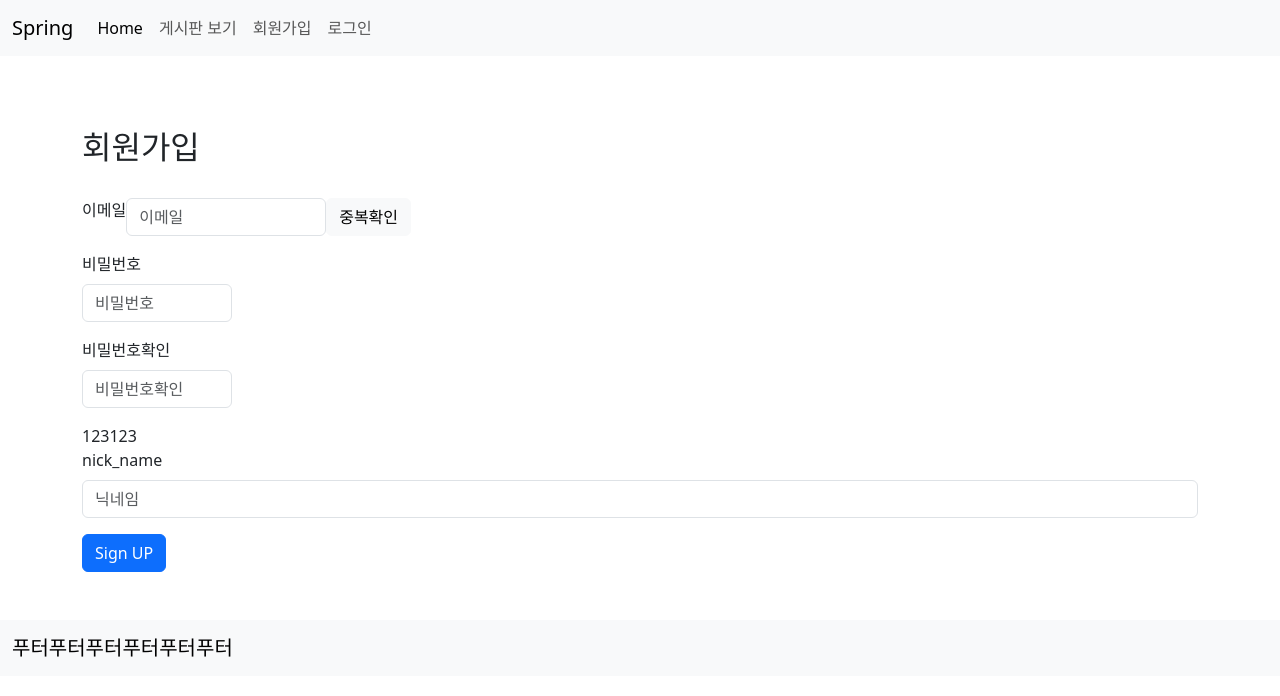
Repository: Jensuchan/spring_solo_project
Page: http://localhost/spring_test/WEB-INF/views/member/register.jsp
The author's editor kept a copy of each file at every save. The page is drawn from the files as they stood at one save, then again after the next save.
The browser window is 1280 px wide. The pictures show the whole page.
The page is served by Tomcat 9. Nobody is signed in. The template is opened directly, without the code that normally fills it, so the values that code supplies are empty.

Above is the page before, as saved 2024-01-18 03:02:39.
Console error: TypeError: Cannot read properties of null (reading 'addEventListener')

After the next save:
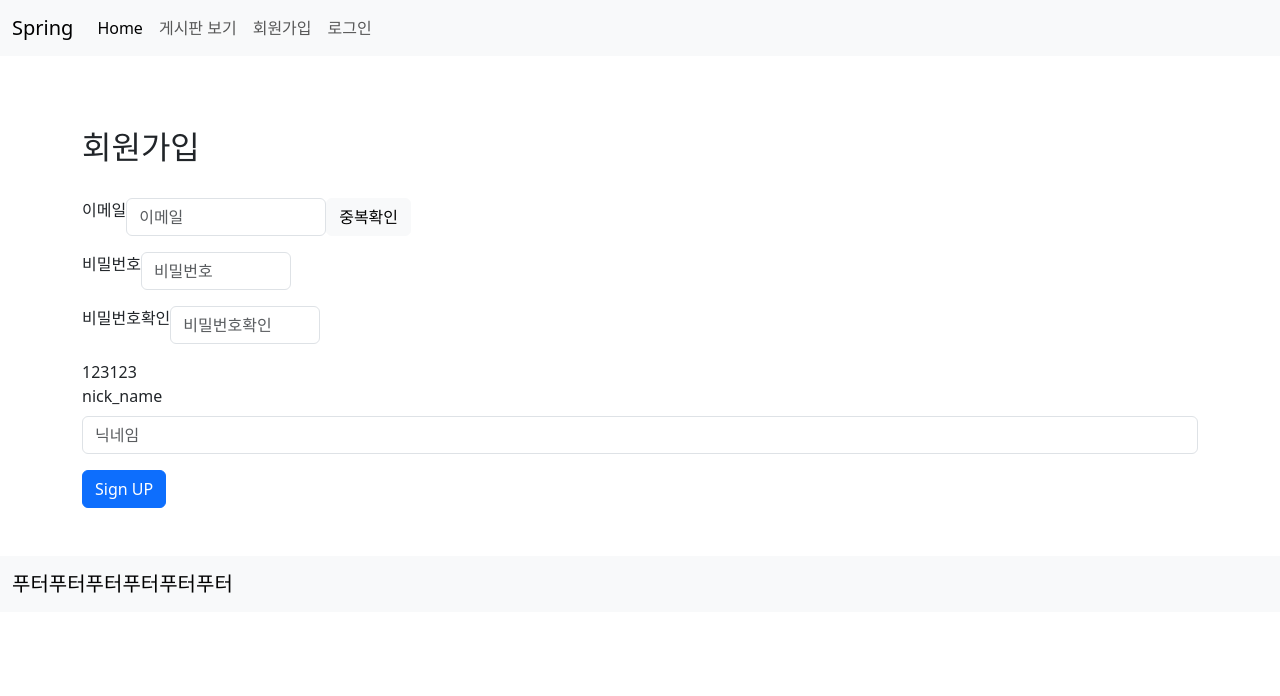
Saved 19 s later.
--- a/spring_test/src/main/webapp/WEB-INF/views/member/register.jsp
+++ b/spring_test/src/main/webapp/WEB-INF/views/member/register.jsp
@@ -16,11 +16,11 @@
 			<input type="email" name="email" class="form-control" id="email" placeholder="이메일" style="width: 200px">
 			<button type="button" class="btn btn-light" id="validationId">중복확인</button>
 		</div>
-		<div class="mb-3">
+		<div class="mb-3" style="display: flex">
 			<label for="pwd" class="form-label">비밀번호</label>
 			<input type="password" name="pwd" class="form-control" id="pwd" placeholder="비밀번호" style="width: 150px">
 		</div>
-		<div class="mb-3">
+		<div class="mb-3" style="display: flex">
 			<label for="pwd" class="form-label">비밀번호확인</label>
 			<input type="password" name="pwdConfirm" class="form-control" id="pwdConfirm" placeholder="비밀번호확인" style="width: 150px">
 		</div>
